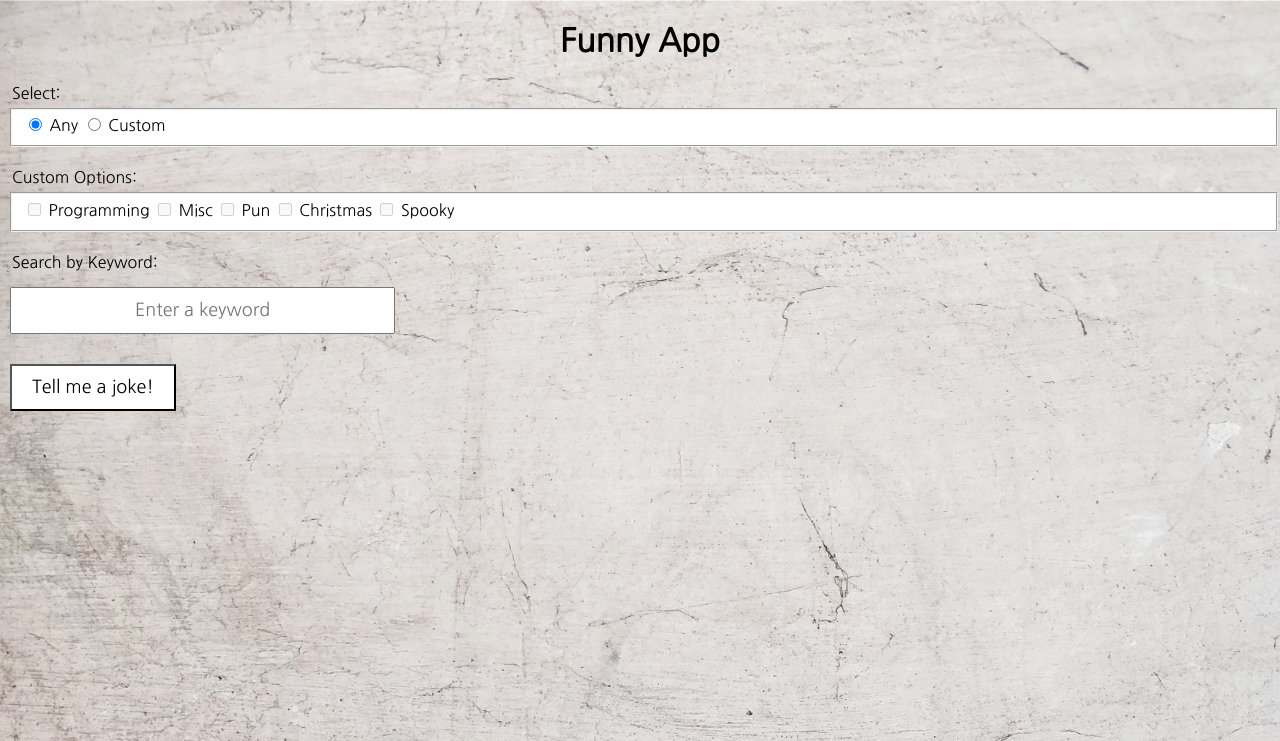
Repository: kaitlynMidori/dadJokeApi
Page: index.html
The author's editor kept a copy of each file at every save. The page is drawn from the files as they stood at one save, then again after the next save.
The browser window is 1280 px wide. The pictures show the whole page.
Some web libraries are served in a nearby version.

Above is the page before, as saved 2021-01-08 12:22:03.

### index.html
<!DOCTYPE html>
<html lang="en">
<head>
    <meta charset="UTF-8">
    <meta name="viewport" content="width=device-width, initial-scale=1.0">
    <title>Joke App</title>
    <link href="style.css" rel="stylesheet" type="text/css" />
    <link rel="preconnect" href="https://fonts.gstatic.com">
    <link href="https://fonts.googleapis.com/css2?family=Nanum+Gothic&display=swap" rel="stylesheet">

</head>
<body>
    <div id="container">
        <header>
            <h1>Funny App</h1>
        </header>

        <legend>Select:</legend>
        <fieldset id="select">
                <div id="form-check">
                    <input type="radio"  id="any" name="type" value="Any" checked>
                    <label for="any">Any</label>

                    <input type="radio"  id="custom" name="type" value="Custom">
                    <label for="custom">Custom</label>
                </div>
        </fieldset>

        <br>

        <legend>Custom Options:</legend>
        <fieldset id="options" disabled>
                <div id="form-check form-check-inline">
                    <input type="checkbox" id="coding" name="category" value="Programming">
                    <label for="coding">Programming</label>

                    <input type="checkbox" id="misc" name="category" value="Miscellaneous">
                    <label for="misc">Misc</label>

                    <input type="checkbox" id="pun" name="category" value="Pun">
                    <label for="pun">Pun</label>

                    <input type="checkbox" id="chris" name="category" value="Christmas">
                    <label for="chris">Christmas</label>

                    <!-- <input type="checkbox" id="dark" name="category" value="dark">
                    <label for="dark">Dark</label> -->

                    <input type="checkbox" id="spooky" name="category" value="spooky">
                    <label for="spooky">Spooky</label>
                </div>
        </fieldset>


        <br>

            <form>
                <legend>Search by Keyword:</legend>
                <input type="form-control" placeholder="Enter a keyword" id="keyword">
            </form>

            <br>

            <button type="submit" id="submit button">Tell me a joke!</button>
            <div id="result"></div>
    </div>

    <script src="https://code.jquery.com/jquery-3.2.1.min.js"
          integrity="sha256-hwg4gsxgFZhOsEEamdOYGBf13FyQuiTwlAQgxVSNgt4="
          crossorigin="anonymous"></script>
    <script src="app.js"></script>
</body>
</html>

### style.css
body{
    margin: 0;
    background: cover;
    background-size: cover;
    background-repeat: no-repeat;
    background-image: url("screenshots/white-teal backdrop.jpg");
    /* background-image: linear-gradient(120deg, #a1c4fd 0%, #c2e9fb 100%); */
    min-height: 100vh;
}

* {
    font-family: 'Nanum Gothic', sans-serif;
    color: black;
}

header {
    width: 100%;
    margin-top: 5px;
    justify-content: center;
}

h1 {
    text-align: center;
}

button{
    background-color: white;
    margin-top: 10px;
    margin-left: 10px;
    height: auto;
    font-size: 18px;
    font-weight: 500;
    text-align: center;
    color: black;
    cursor: pointer;
    margin-bottom: 0;
    /* border-radius: 3px; */
    padding: 10px 20px;
}

#keyword {
    margin-top: 10px;
    margin-left: 10px;
    height: auto;
    font-size: 18px;
    font-weight: 500;
    text-align: center;
    color: black;
    cursor: pointer;
    margin-bottom: 0;
    /* border-radius: 3px; */
    padding: 10px 20px;
}

#options{
    background-color: white;
    margin-left: 10px;
}

#select {
    background-color: white;
    margin-left: 10px;
}

legend {
    margin-left: 10px;
    margin-bottom: 5px;
}

### app.js
//declare 'option', 'custom', 'any' element id's
let option = document.getElementById("options");
let custom = document.getElementById("custom");
let any = document.getElementById("any");

//add event listener on click
//if 'any' option checked
//disable options
any.addEventListener("click", (e)=>{
    if(e.target.checked){
        option.disabled = true;
    }
});

//add event listener on click
//if 'custom' option checked
//enable options
custom.addEventListener("click", (e)=>{
    if(e.target.checked){
        option.disabled = false;
    }
});

//declare asyncrynous getJoke
const getJoke = async () => {
    //declare result  = HTML div 'result' element id
    let result = document.getElementById('result');
    //replace result element with empty string
    result.innerHTML = "";
    //declare checkboxes= filter category checkboxes for checked
    let checkboxes = [...document.getElementsByName('category')].filter((checkbox)=>checkbox.checked);
    //declare category as empty string
    let category = "";
    //if 'any' type is checked
    if(any.checked){
        //category = 'any'
        category = "Any";
    }
    //if 'custom' type is checked
    if(custom.checked){
        //category = map to join checked category values
        category = checkboxes.map((c)=>c.value).join();
    }
    //console.log user selected joke category
    console.log(category);
    //declare url = dynamically generate url inserting user selected category
    let url = `https://v2.jokeapi.dev/joke/${category}`;
    // declare keyword = HTML form div 'keyword' element id
    let keyword = document.getElementById("keyword").value;
    //if keyword does not equal empty; dynamically generate url with user keyword input
    if(keyword != ""){
        url = `https://v2.jokeapi.dev/joke/${category}?contains=${keyword}`;
    }
    console.log(url);
    const response = await fetch(url);
    const data = await response.json();
    console.log(data);

    //if JSON data response = API doc response 'single'
    if(data.type == "single"){
        //insert API doc 'joke' into response element
        result.innerHTML = `<h3>${data.joke}</h3>`;
    }
    //if JSON data response = API doc response 'twopart'
    if(data.type == "twopart"){
        //insert API doc 'setup' into response element
        result.innerHTML = `<h3>${data.setup}</h3>`;
        //display 'delivery' after 1 second
        setTimeout(()=>{
            //insert API doc 'delivery' into response element
            result.innerHTML += `<h3>${data.delivery}</h3>`;
        },1000);
    }
}

//declare submit = HTML button 'submit button'
let submit = document.getElementById('submit button');
//upon 'submit', add event listener for 'click and activate 'getJoke'
submit.addEventListener("click", getJoke);

After the next save:
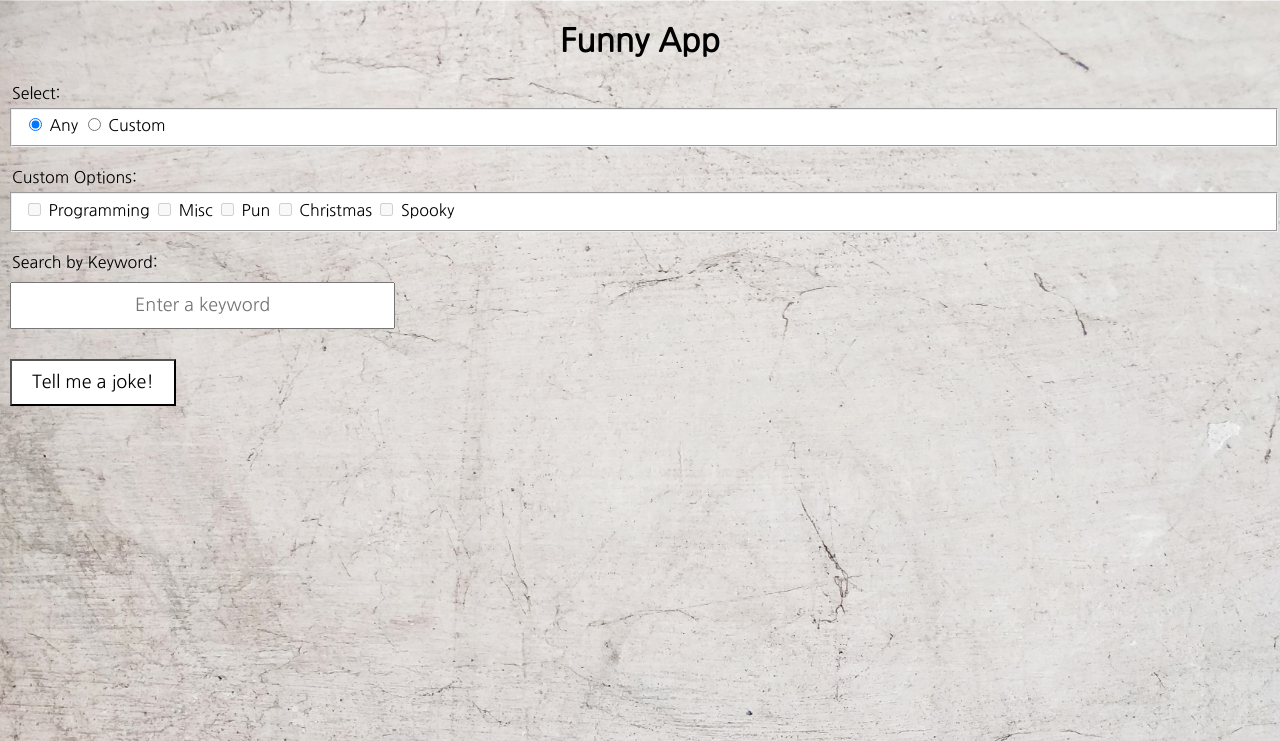
Saved 14 s later.
--- a/style.css
+++ b/style.css
@@ -39,7 +39,7 @@ button{
 }
 
 #keyword {
-    margin-top: 10px;
+    margin-top: 5px;
     margin-left: 10px;
     height: auto;
     font-size: 18px;
